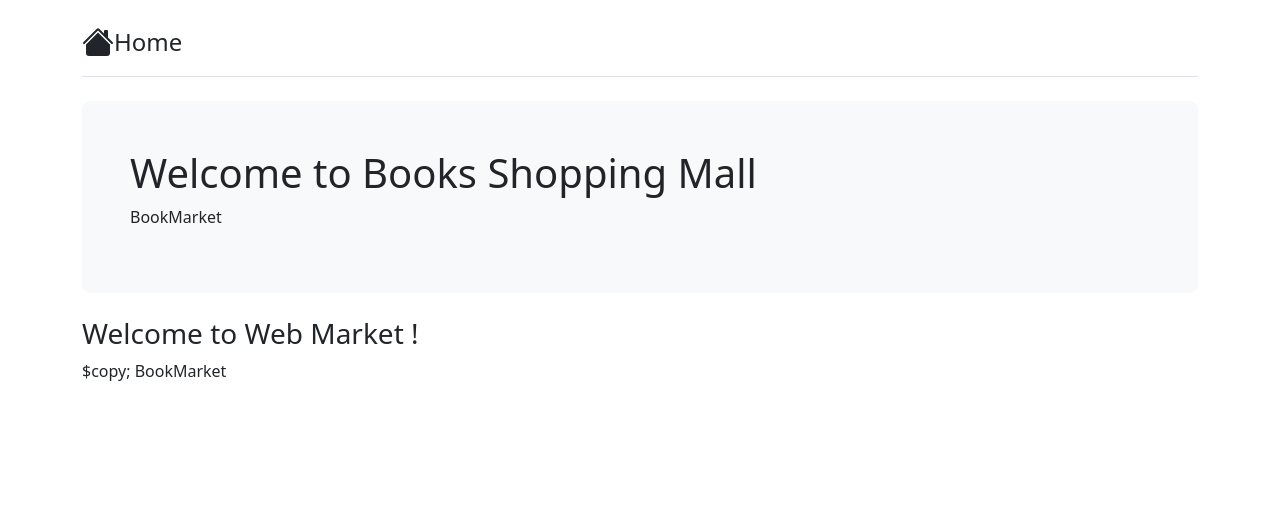
Repository: man332414/myJspStudy
Page: http://localhost/bookmarket/
These files come from the project's save history. The page is drawn as it stood at one moment and after the next save; the edit follows.
The browser window is 1280 px wide. The pictures show the whole page.
The page is served by Tomcat 10. Other server files are loaded and not shown.

Above is the page before, as saved 2024-10-08 02:36:40.

### bookmarket/src/main/webapp/welcome.jsp
<%@ page language="java" contentType="text/html; charset=UTF-8"
    pageEncoding="UTF-8"%>
<!DOCTYPE html>
<html>
<head>
	<link href="https://cdn.jsdelivr.net/npm/bootstrap@5.3.0-alpha1/dist/css/bootstrap.min.css" rel="stylesheet">
<meta charset="UTF-8">
<title>Welcome</title>
</head>
<body>
	<div class = "container py-4">
		<header class = "pb-3 mb-4 border-bottom">
			<a href = "./welcome.jsp" class = "d-flex align-items-center text-dark text-decoration-none">
			<svg  width="32" height="32" fill="currentColor" class="bi bi-house-fill" viewBox="0 0 16 16">
	              <path d="M8.707 1.5a1 1 0 0 0-1.414 0L.646 8.146a.5.5 0 0 0 .708.708L8 2.207l6.646 6.647a.5.5 0 0 0 .708-.708L13 5.793V2.5a.5.5 0 0 0-.5-.5h-1a.5.5 0 0 0-.5.5v1.293L8.707 1.5Z"/>
	              <path d="m8 3.293 6 6V13.5a1.5 1.5 0 0 1-1.5 1.5h-9A1.5 1.5 0 0 1 2 13.5V9.293l6-6Z"/>
	        </svg>
				<span class = "fs-4">Home</span>
			</a>
		</header>
		<%!
			String greeting = "Welcome to Books Shopping Mall";
			String tagline = "Welcome to Web Market !";
		%>
		<div class = "p-5 mb-4 bg-body-tertiary rounded-3">
			<div>
				<h1><%=greeting %></h1>
				<p>BookMarket</p>
			</div>
		</div>

		<div>
			<div>
				<div>
					<h3><%=tagline %></h3>
				</div>
			</div>
		</div>

		<footer>
			$copy; BookMarket
		</footer>

	</div>
</body>
</html>

After the next save:
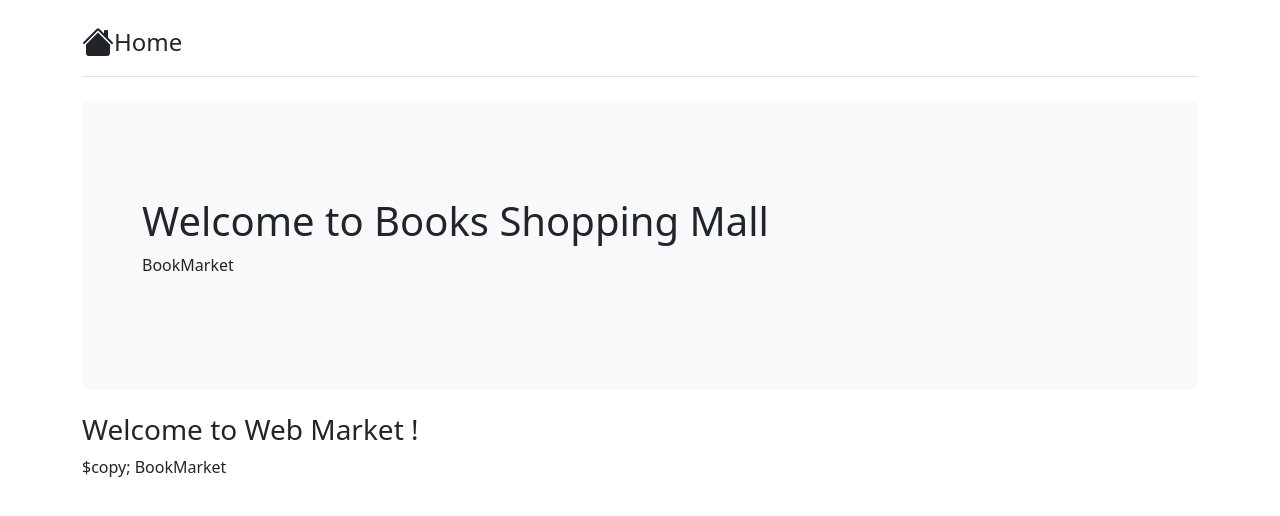
Saved 40 s later.
--- a/bookmarket/src/main/webapp/welcome.jsp
+++ b/bookmarket/src/main/webapp/welcome.jsp
@@ -23,7 +23,7 @@
 			String tagline = "Welcome to Web Market !";
 		%>
 		<div class = "p-5 mb-4 bg-body-tertiary rounded-3">
-			<div>
+			<div class = "container-fluid py-5">
 				<h1><%=greeting %></h1>
 				<p>BookMarket</p>
 			</div>
